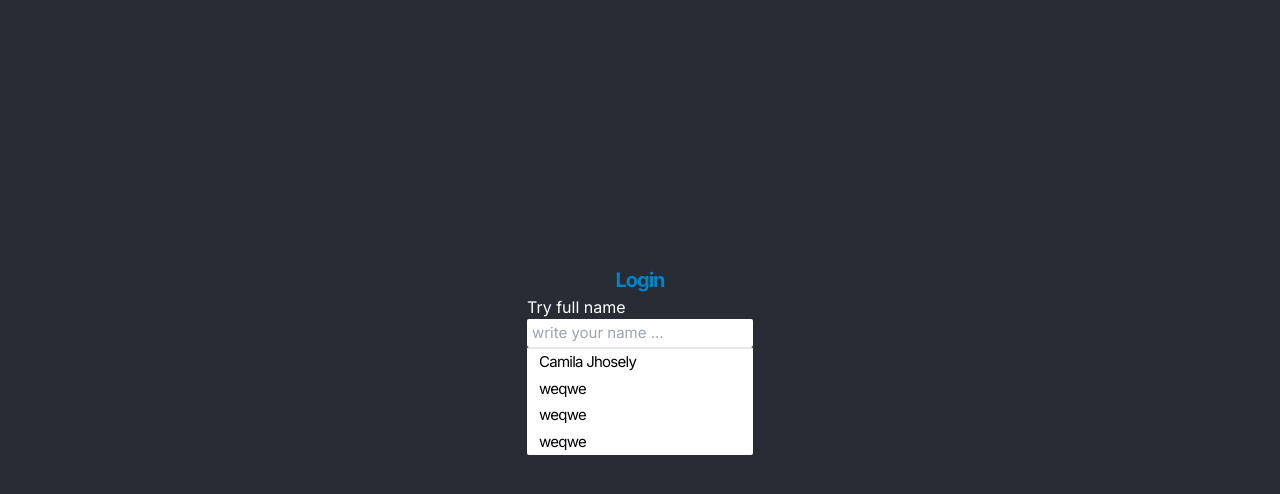
Repository: devsecops-node/simple-play
Page: /
An editor plug-in stored every save of this project. The page is shown before and after the next save, followed by the edit.
The browser window is 1280 px wide. The pictures show the whole page.
The project was rebuilt for these pictures with package versions that can differ from the ones it lists, and the page was loaded fresh each time. The framework's server and built-in components were replaced by stand-ins that run in the browser. Also part of the build but not shown: next.config.mjs.

Above is the page before, as saved 2024-06-21 12:52:59.

After the next save:
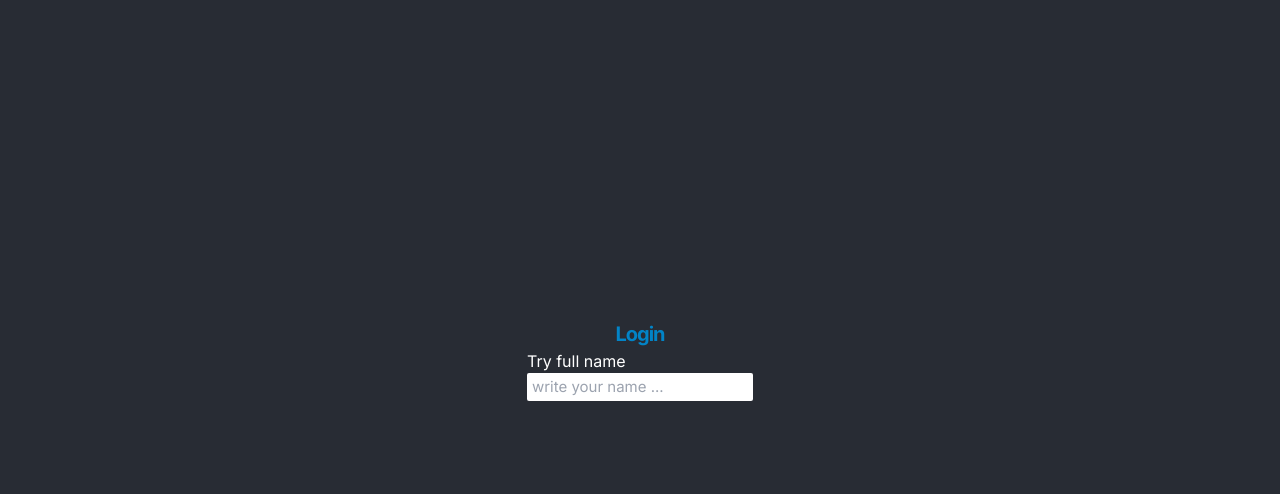
Saved 40 s later.
--- a/src/app/_components/FormsName.tsx
+++ b/src/app/_components/FormsName.tsx
@@ -4,7 +4,7 @@ import RecomendationsSearch from './RecomendationsSearch'
 
 const FormsName = () => {
   const [name, setName] = useState('')
-  const [statusSearch, setStatusSearch] = useState(true)
+  const [statusSearch, setStatusSearch] = useState(false)
 
   const retrieveData = (data: { id: string, rec: string }) => {
     console.log(data)
@@ -17,7 +17,7 @@ const FormsName = () => {
         <label htmlFor="name" >Try full name</label>
         <input
           type="text"
-          onKeyUp={() => console.log('esccribiendo')}
+          onKeyUp={() => setStatusSearch(true)}
           value={name} onChange={(e) => setName(e.target.value)}
           placeholder="write your name ..." id="name" />
       </section>
